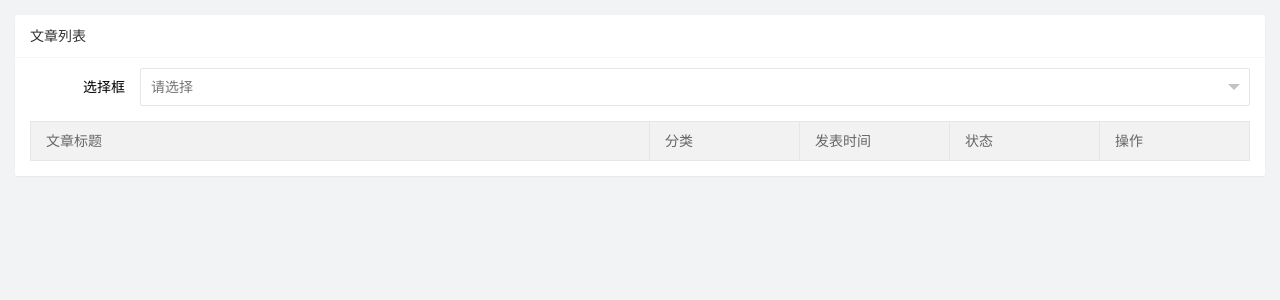
Repository: haloxxi/web_bigevent
Page: article/art-list.html
An editor plug-in stored every save of this project. The page is shown before and after the next save, followed by the edit.
The browser window is 1280 px wide. The pictures show the whole page.
The page's requests for data from a server got no answer.

Above is the page before, as saved 2022-06-29 15:35:33.
Console error: TypeError: Cannot read properties of undefined (reading 'status')

### article/art-list.html
<!DOCTYPE html>
<html lang="en">

<head>
    <meta charset="UTF-8">
    <meta http-equiv="X-UA-Compatible" content="IE=edge">
    <meta name="viewport" content="width=device-width, initial-scale=1.0">
    <title>文章那个列表</title>
    <link rel="stylesheet" href="/assets/lib/layui/css/layui.css">
    <link rel="stylesheet" href="/assets/css/article/art-list.css">
</head>

<body>
    <!-- 卡片区 -->
    <div class="layui-card">
        <div class="layui-card-header">文章列表</div>
        <div class="layui-card-body">
            <!-- 筛选区域 -->
            <form class="layui-form" action="">
                <div class="layui-form-item">

                    <label class="layui-form-label">选择框</label>
                    <div class="layui-input-block">
                        <select name="city" lay-verify="required">
                        <option value=""></option>
                        <option value="0">北京</option>
                        <option value="1">上海</option>
                        <option value="2">广州</option>
                        <option value="3">深圳</option>
                        <option value="4">杭州</option>
                      </select>
                    </div>

                </div>
            </form>
            <!-- 列表区域 -->
            <table class="layui-table">
                <colgroup>
                    <col>
                    <col width="150">
                    <col width="150">
                    <col width="150">
                    <col width="150">
                </colgroup>
                <thead>
                    <tr>
                        <th>文章标题</th>
                        <th>分类</th>
                        <th>发表时间</th>
                        <th>状态</th>
                        <th>操作</th>
                    </tr>
                </thead>
                <tbody>

                </tbody>
            </table>
            <!-- 分页区域 -->
        </div>
    </div>

    <!-- 列表数据的模板引擎 -->
    <script type="text/html" id="tpl-table">
        {{each data}}
        <tr>
            <td>{{$value.title}}</td>
            <td>{{$value.cate_name}}</td>
            <td>{{$value.pub_date}}</td>
            <td>{{$value.state}}</td>
            <td>
                <button type="button" class="layui-btn  layui-btn-xs">编辑</button>
                <button type="button" class="layui-btn  layui-btn-danger  layui-btn-xs">删除</button>
            </td>
        </tr>
        {{/each}}
    </script>

    <!-- 导入第三方js -->
    <script src="/assets/lib/layui/layui.all.js"></script>
    <script src="/assets/lib/jquery.js"></script>
    <script src="/assets/js/baseAPI.js"></script>
    <script src="/assets/lib/template-web.js"></script>

    <!-- 导入自己写的js -->
    <script src="/assets/js/article/art-list.js"></script>
</body>

</html>

### assets/css/article/art-list.css
html,
body {
    padding: 0;
    margin: 0;
}

body {
    padding: 15px;
    background-color: #f2f3f5;
}

### assets/js/baseAPI.js
// 注意：每次调用$.get（）/$.ajax()的时候
// 会先调用个ajaxprefilter()这个函数
// 这个函数会给我们Ajax配置一个对象
$.ajaxPrefilter(function(options) {

    // 在发起真正的Ajax之前 统一拼接路径
    // http://api-breakingnews-web.itheima.net
    // https://www.showdoc.com.cn/1425457596992351/6972620264462285
    // http://big-event-api-t.itheima.net
    options.url = 'http://api-breakingnews-web.itheima.net' + options.url
        // console.log(options.url)

    // 统一为有权限的接口设置headers
    // 不是所有都要加headers 只有my开头的需要
    if (options.url.indexOf('/my/') !== -1) {
        options.headers = {
            Authorization: localStorage.getItem('token') || ''
        }
    }

    // 全局挂载complete回调函数
    options.complete = function(res) {
        // console.log('执行了complete回调')
        // console.log(res)
        // 在complete函数中可以那倒res.responseJSON拿到响应回来的数据
        if (res.responseJSON.status === 1 && res.responseJSON.message === '身份认证失败！') {
            // 1-强制清空
            localStorage.removeItem('token')
                // 2-强制跳转登录页面
            location.href = '/login.html'
        }
    }
})

### assets/js/article/art-list.js
$(function() {
    var layer = layui.layer

    //定义一个查询的参数对象
    // 请求数据的时候 需要将请求参数对象 提交到服务器里
    var q = {
            pagenum: 1, //页码值，默认 请求第一页的数据
            pagesize: 2, //每页显示几条数据
            cate_id: '', //文章分类的id
            state: '', //文章发布状态
        }
        // 调用模板函数 美化时间
    template.defaults.imports.dataFormat = function(date) {
        const dt = new Date(date)

        var y = dt.getFullYear()
        var m = padZero(dt.getMonth() + 1)
        var d = padZero(dt.getDate())

        var hh = padZero(dt.getHours())
        var mm = padZero(dt.getMinutes())
        var ss = padZero(dt.getSeconds())

        return y + '-' + m + '-' + d + ' ' + hh + ':' + mm + ':' + ss
    }

    // 定义补零的函数
    function padZero(n) {
        return n > 9 ? n : '0' + n
    }


    initTable()


    // 获取文章数据列表
    function initTable() {
        $.ajax({
            method: 'GET',
            url: '/my/article/list',
            data: q,
            success: function(res) {
                console.log(res)
                if (res.status !== 0) {
                    return layer.msg('获取文章列表失败！')
                }
                //使用模板引擎 渲染页面
                var htmlStr = template('tpl-table', res)
                $('tbody').html(htmlStr)
            }
        })
    }
})

Loaded but not shown: assets/lib/layui/css/layui.css (library); assets/lib/layui/layui.all.js (library); assets/lib/jquery.js (library); assets/lib/template-web.js (library); assets/lib/layui/css/modules/laydate/default/laydate.css (library); assets/lib/layui/css/modules/layer/default/layer.css (library); assets/lib/layui/css/modules/code.css (common file)

After the next save:
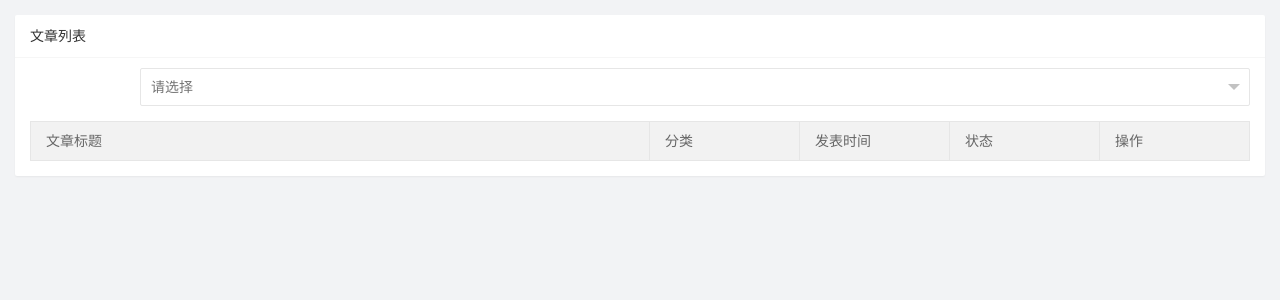
Saved 21 s later.
--- a/article/art-list.html
+++ b/article/art-list.html
@@ -19,7 +19,6 @@
             <form class="layui-form" action="">
                 <div class="layui-form-item">
 
-                    <label class="layui-form-label">选择框</label>
                     <div class="layui-input-block">
                         <select name="city" lay-verify="required">
                         <option value=""></option>
